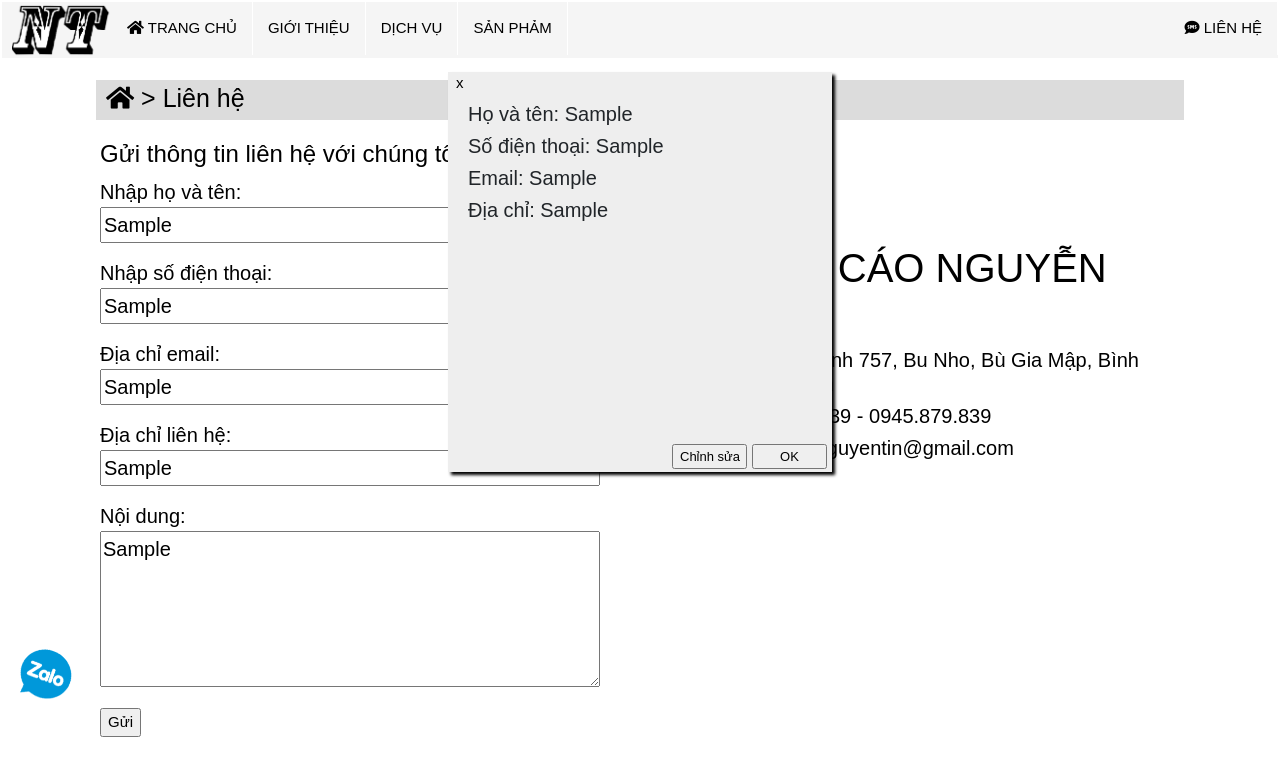
Repository: Haunguyen42193/quangcaonguyentin.github.io
Page: contact.html
An editor plug-in stored every save of this project. The page is shown before and after the next save, followed by the edit.
The browser window is 1280 px wide. The pictures show the part of the page from y = 0 to 757 px (the page is 1526 px tall).
Empty fields were first filled with sample values (such as "Sample", 5 or name@example.com).
After loading, the first visible `#submit` was clicked once.
Pictures or frames that could not be fetched are drawn as grey boxes. Some web fonts or font styles are not loaded; a fallback is used. Some web libraries are served in a nearby version.

Above is the page before, as saved 2021-09-17 18:09:05.

### contact.html
<!DOCTYPE html>
<html lang="en">
<head>
    <meta charset="UTF-8">
    <meta http-equiv="X-UA-Compatible" content="IE=edge">
    <meta name="viewport" content="width=device-width, initial-scale=1.0">
    <meta http-equiv="refresh" content="18000"/>
    <title>Quảng Cáo Nguyễn Tín</title>
    <link rel="shotcut icon" href="images/logo2.png"/>
    <link
    rel="stylesheet"
    href="https://cdnjs.cloudflare.com/ajax/libs/animate.css/4.1.1/animate.min.css"
    />
    <!--carousel-->
    <link href="https://cdn.jsdelivr.net/npm/bootstrap@5.1.0/dist/css/bootstrap.min.css" rel="stylesheet" integrity="sha384-KyZXEAg3QhqLMpG8r+8fhAXLRk2vvoC2f3B09zVXn8CA5QIVfZOJ3BCsw2P0p/We" crossorigin="anonymous">
    <!--font awesome-->
    <link rel="stylesheet" href="https://pro.fontawesome.com/releases/v5.10.0/css/all.css" integrity="sha384-AYmEC3Yw5cVb3ZcuHtOA93w35dYTsvhLPVnYs9eStHfGJvOvKxVfELGroGkvsg+p" crossorigin="anonymous"/>
    <!--css-->
    <link rel="stylesheet" href="CSS/stylecontact.css"/>
    <!--font chữ-->
    <link rel="preconnect" href="https://fonts.googleapis.com">
    <link rel="preconnect" href="https://fonts.gstatic.com" crossorigin>
    <link href="https://fonts.googleapis.com/css2?family=K2D:wght@600&display=swap" rel="stylesheet">
    <!-- JavaScript Bundle with Popper -->
    <script src="https://cdn.jsdelivr.net/npm/bootstrap@5.1.0/dist/js/bootstrap.bundle.min.js" integrity="sha384-U1DAWAznBHeqEIlVSCgzq+c9gqGAJn5c/t99JyeKa9xxaYpSvHU5awsuZVVFIhvj" crossorigin="anonymous"></script>
    <!--Jquery-->
    <script src="Js/jquery-3.6.0.min.js"></script>

</head>
<body>
    <script src="Js/main.js"></script>
    <nav class="header-menu">
        <div class="menu">
            <div class="logo">
                <a href="homepage.html"><img src="images/logo2.png" alt="bang quang cao tiem" id="logotiem"/></a>
            </div>
            <ul>
                <li><a href="homepage.html"><i class="fas fa-home"></i> TRANG CHỦ</a></li>
                <li><a href="#">GIỚI THIỆU</a></li>
                <li class="sub"><a href="homepage.html">DỊCH VỤ</a>
                    <ul class="menu subcontent">
                        <li><a href="#">LÀM BẢNG HIỆU LED</a></li>
                        <li><a href="#">LÀM BẢNG HIỆU ALU</a></li>
                        <li><a href="#">LÀM BẢNG HIỆU HỘP ĐÈN</a></li>
                        <li><a href="#">LÀM BẢNG HIỆU MICA</a></li>
                    </ul>
                </li>
                <li class="sub"><a href="#">SẢN PHẢM</a>
                    <ul class="menu subcontent">
                      <li><a href="#">BẢNG HIỆU HỘP ĐÈN</a></li>
                      <li><a href="#">MẶT DỰNG ALU</a></li>
                      <li><a href="#">BẢNG HIỆU CHỮ NỔI</a></li>
                      <li><a href="#">BẢNG HIỆU LED</a></li>
                    </ul>
                </li>
                <li><a href="contact.html"><i class="fas fa-sms"></i> LIÊN HỆ</a></li>
            </ul>
        </div>
      </nav>

      <!--go to top-->
      <div>
        <a id="goToTop" href="javascript:;"><i class="fas fa-chevron-up" title="GO TO TOP"></i></a>
      </div>
      <!--zalo-->
      <div class="zalo">
        <a href="https://zalo.me/0982652639" target="_blank"><img src="images/icon-zalo1.png"/></a>
      </div>
      <!--content of contact-->
    <section>
        <div class="contact-title">
            <div>
                <a href="homepage.html" title="Trang chủ"><i class="fas fa-home"></i></a>
                <span>></span>
                <span class="move">Liên hệ</span>
            </div>
        </div>
        <div class="contact">
            <div class="contact-info">
                <h4>Gửi thông tin liên hệ với chúng tôi</h4>
                <div class="nhap">
                    <p>Nhập họ và tên: </p><input type="text" placeholder="Nhập họ và tên" id="name"/>
                </div>
                <div class="nhap">
                    <p>Nhập số điện thoại:</p><input type="text" placeholder="Nhập số điện thoại" id="phone"/>
                </div>
                <div class="nhap">
                    <p>Địa chỉ email: </p><input type="text" placeholder="email" id="mail"/>
                </div>
                <div class="nhap">
                    <p>Địa chỉ liên hệ: </p><input type="text" placeholder="Địa chỉ đầy đủ" id="address"/>
                </div>
                <div class="nhap">
                    <p>Nội dung:</p>
                    <textarea placeholder="Nhập nội dung yêu cầu" name="sNoidung" rows="5" id="request"></textarea>
                </div>
                <div class="submit">
                    <input type="button" value="Gửi" id="submit"/>
                </div>

            </div>
        </div>
        <div class="popup">
          <div class="inform">
            <a href="#">x</a>
            <input type="button" value="OK" id="ok"/>
            <input type="button" value="Chỉnh sửa" id="fix"/>
          </div>
        </div>
        <div class="contact1">
            <div class="contact-info">
                <img src="images/logo2.png" alt="logo" class="foot-logo" />
                <h1>QUẢNG CÁO NGUYỄN TÍN</h1>
                <h2>Địa chỉ: Đường tỉnh 757, Bu Nho, Bù Gia Mập, Bình Phước, Việt Nam</h2>
                <h2>SĐT: 0982.652.639 - 0945.879.839</h2>
                <h2>Mail: quangcaonguyentin@gmail.com</h2>
            </div>
        </div>
    </section>
    <div class="google-map-contact">
        <iframe src="https://www.google.com/maps/embed?pb=!1m18!1m12!1m3!1d5524.536939975059!2d106.86915028708552!3d11.734195462804998!2m3!1f0!2f0!3f0!3m2!1i1024!2i768!4f13.1!3m3!1m2!1s0x31735d28dd4c295f%3A0xd023a3b16b598d53!2zVHLGsOG7nW5nIFRIUFQgTmd1eeG7hW4gS2h1eeG6v24gLSBCw7kgTmhv!5e0!3m2!1svi!2s!4v1629276927340!5m2!1svi!2s" style="border:0;" allowfullscreen="" loading="lazy"></iframe>"
    </div>
    <section>
        <div class="foot-contacts">
          <div class="foot-contact">
            <img src="images/logo2.png" alt="logo" class="foot-logo" />
            <h1>QUẢNG CÁO NGUYỄN TÍN</h1>
            <h2>Địa chỉ: Đường tỉnh 757, Bu Nho, Bù Gia Mập, Bình Phước, Việt Nam</h2>
            <h2>SĐT: 0982.652.639 - 0945.879.839</h2>
            <h2>Mail: quangcaonguyentin@gmail.com</h2>
          </div>
          <div class="foot-service">
            <div class="foot-service-title">
              <h1>DANH MỤC DỊCH VỤ</h1>
            </div>
            <h2><a href="#">Làm bảng hiệu LED</a></h2>
            <h2><a href="#">Làm bảng hiệu ALU</a></h2>
            <h2><a href="#">Làm bảng hiệu HỘP ĐÈN</a></h2>
            <h2><a href="#">Làm bảng hiệu MICA</a></h2>
          </div>
          <div class="foot-product">
            <div class="foot-service-title">
              <h1>DANH MỤC SẢN PHẨM</h1>
            </div>
            <h2><a href="#">Làm bảng hiệu LED</a></h2>
            <h2><a href="#">Làm bảng hiệu ALU</a></h2>
            <h2><a href="#">Làm bảng hiệu HỘP ĐÈN</a></h2>
            <h2><a href="#">Làm bảng hiệu MICA</a></h2>
          </div>
        </div>
      </section>
      <!--foot-->
      <div class="web-foot">
        <h2>QUẢNG CÁO NGUYỄN TÍN &#10052 2021</h2>
      </div>
</body>
</html>

### CSS/stylecontact.css
body {
    font-family: 'K2D', sans-serif;
    font-size: 15px;
    background-color: white;
    background-repeat: no-repeat;
    background-attachment: fixed;
}
/*menu*/
.header-menu{
    width:100%;
    background-color: whitesmoke;
    padding-left: 10px;
    border: 2px solid white;
    position: fixed;
    z-index:99;
    top:0;
    left:0;
}
img#logotiem{
    width:100px;
    float:left;
}
div.menu > ul{
    display:flex;
    /* justify-content: center;
    align-items: center; */
}
div.menu ul{
    list-style-type: none;
    margin: 0;
    padding:0;
    background-color: whitesmoke;
}
div.menu ul li:last-child{
    margin-left: auto;
}
.subcontent{
    display:none;
    background: linear-gradient(gray, rgb(224, 222, 222));
}
.sub:hover .subcontent{
    display: block;
    position:absolute;
    width: 230px;
}

div.menu ul li{
    margin-bottom: 0px;
    position:relative;
    border-right: 1px solid white;
}

div.menu ul li a::before{
    content: '';
     position: absolute;
     bottom: -7px;
     left: 0px;
     width: 100%;
     height: 5px;
     background-color: #0cacdd;
     border-radius: 8px 8px 0 0;
     opacity: 0;
     transition: 0.3s;
}

div.menu ul li a:hover:before{
    opacity: 1;
    bottom:0;
}
div.menu ul li a{
    text-decoration: none;
    display: block;
    padding: 15px;
}
a:link{
    color:black;
}
a:visited{
    color:black;
}
a:hover{
    background-color: rgb(37, 32, 32);
    color: #2591d8;
}
a:active{
    color:rgb(35, 23, 201);
}

.subcontent::before{
    content: " ";
    border-width: 10px;
    border-style: solid;
    border-color:transparent transparent gray transparent;
    position: absolute;
    bottom: 100%;
    left:15%;
}
/*gototop*/
#goToTop {
    position: fixed;
    font-size: 30px;
    border-radius: 50%;
    z-index: 99;
    padding: 0 10px;
    border: 2px solid red;
    color: red;
    opacity: 0.5;
    right: 10px;
    bottom: 10px;
}
/*zalo*/
.zalo{
    position: fixed;
    z-index: 999;
    left: 20px;
    bottom: 20px;
    width: 4%;
}
.zalo img{
    width: 100%;
    animation:zalo-ring 1s infinite ease-in-out;
}
.zalo > a:hover{
    background-color: transparent;
}
@keyframes zalo-ring{
    0%{
    transform:rotate(0) scale(1) skew(1deg)
    }
    10%{
        transform:rotate(-25deg) scale(1.05) skew(1deg)
    }
    20%{
        transform:rotate(25deg) scale(1) skew(1deg)
    }
    30%{
        transform:rotate(-25deg) scale(1.05) skew(1deg)
    }
    40%{
        transform:rotate(25deg) scale(1) skew(1deg)
    }
    50%{
        transform:rotate(0) scale(1) skew(1deg)
    }
    100%{
        transform:rotate(0) scale(1) skew(1deg)
    }
}
/*foot contact*/
.foot-contacts {
    display: flex;
    position: relative;
    top: 120px;
    justify-content: center;
}
.foot-contacts h2{
    font-size: 15px;
}
.foot-contact {
    display: flex;
    width: 350px;
    flex-wrap: wrap;
    width: 25%;
}
.foot-logo{
    width:30%;
}
.foot-contact h1{
    width: 50%;
    font-size: 25px;
}
.foot-service{
    position: relative;
    border-right: 1px solid gray;
    width:25%;
    padding: 0 50px;
    border-left: 1px solid gray;
}
.foot-product{
    position: relative;
    width: 25%;
    padding: 0 50px;
}
.foot-service-title h1{
    font-size: 20px;
    padding-bottom: 10px;
    padding-top: 10px;
}
.foot-contacts a{
    text-decoration: none;
}
.foot-contacts a:link{
    color: #4b7494;
}
.foot-contacts a:visited{
    color: #4b7494;
}
.foot-contacts a:hover{
    color: #0c0e0f;
    background-color: white;
}
.foot-contacts a:active{
    color: #124c79;
}
/*web foot*/
.web-foot{
    background-color: gray;
    position: relative;
    top: 80px;
    padding: 15px;
    margin-top: 60px;
}
.web-foot > h2{
    text-align: center;
    font-size: 15px;
}
/*contact*/
.contact {
    color: black;
    position: relative;
    top:100px;
    left: 100px;
    width: 500px;
    border-radius: 5px;
}
.contact1 {
    color: black;
    position: absolute;
    top:160px;
    right: 100px;
    width: 500px;
    border-radius: 5px;
}
.contact-title{
    color: black;
    position: relative;
    top: 80px;
    width: 85%;
    margin: auto;
    height: 40px;
    background-color: gainsboro;
    font-size: 25px;
}
.contact-title div{
    padding-left: 10px;
}
.contact-title a:hover{
    background-color: transparent;
    color: black;
}
.contact-info p{
    font-size: 20px;
    position: relative;
    margin: 0;
}
.nhap input, textarea{
    font-size: 20px;
    width: 100%;
    margin-bottom: 15px;
}
.contact1 h2{
    font-size: 20px;
}
.inform{
    position: fixed;
    width: 30%;
    height: 400px;
    background-color: rgb(238, 238, 238);
    z-index: 99;
    top: 10%;
    left:35%;
    box-shadow: 3px 3px 3px black;
}
.inform a{
    padding: 0 8px 5px;
    text-decoration: none;
    position: absolute;
    top: 0;
    left: 0;
    color: black;

}
.inform a:hover{
    background-color: red;
    color: white;
    outline: 1px groove white;
}
#ok{
    position: absolute;
    bottom: 3px;
    right: 5px;
    width: 75px;
    font-size: 13px;
}
#fix{
    position: absolute;
    bottom: 3px;
    right: 85px;
    width: 75px;
    font-size: 13px;
}
.notice{
    padding: 30px 20px;
}
/*contact-map*/
.google-map-contact iframe{
    position: relative;
    top:120px;
    width: 100%;
    height:500px;
}

### Js/main.js

$(document).ready(function() {
    $("#goToTop").hide()
    $(window).scroll(function() {

        if($(this).scrollTop() >= 80)
            $("#goToTop").show("slow");
        else
            $("#goToTop").hide("slow");

    })
    $("#goToTop").click(function() {
        $("html, body").animate({
            scrollTop: 0
        }, 1000);
    })
    $(".inform").hide()
    $("#submit").click(function(){
        var name = $("#name").val()
        var phone = $("#phone").val()
        var mail = $("#mail").val()
        var address = $("#address").val()
        $(".popup").prepend(`
        <div class="inform">
            <a href="#">x</a>
            <input type="button" value="OK" id="ok"/>
            <input type="button" value="Chỉnh sửa" id="fix"/>
            <div class="notice">
                <h5>Họ và tên: ${name}</h5>
                <h5>Số điện thoại: ${phone}</h5>
                <h5>Email: ${mail}</h5>
                <h5>Địa chỉ: ${address}</h5>
            </div>
          </div>
        `)
    })
    $(".popup").on("click", ".inform a, #ok", function(){
        event.preventDefault()
        $(this).parent().remove()
    })
})

Loaded but not shown: Js/jquery-3.6.0.min.js (library)

After the next save:
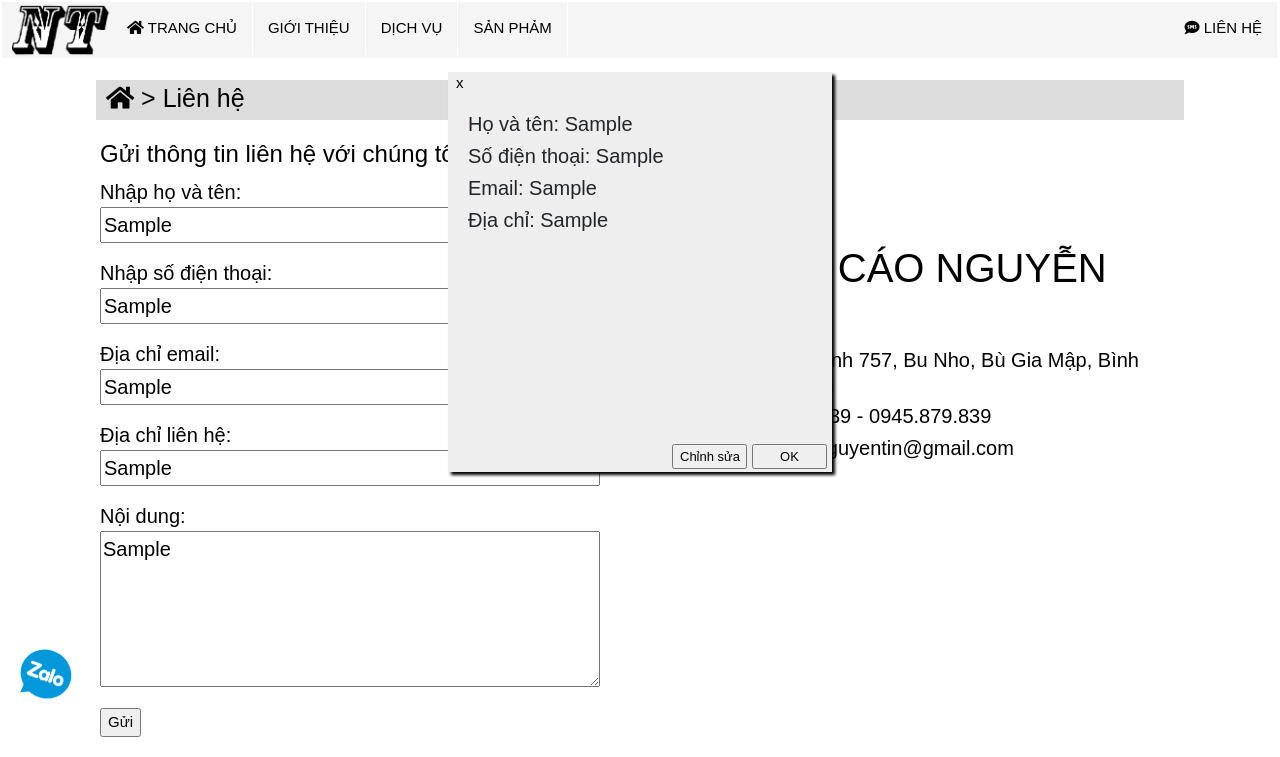
Saved 6 s later.
--- a/CSS/stylecontact.css
+++ b/CSS/stylecontact.css
@@ -300,7 +300,7 @@ a:active{
     font-size: 13px;
 }
 .notice{
-    padding: 30px 20px;
+    padding: 40px 20px;
 }
 /*contact-map*/
 .google-map-contact iframe{
